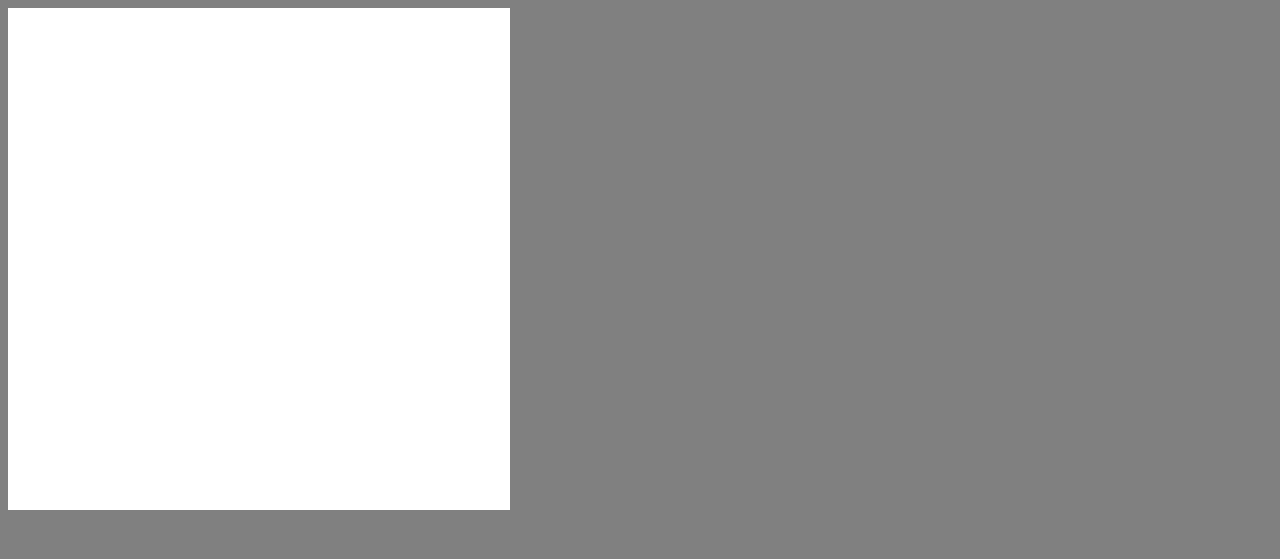
Repository: albinsabu2023/Stopwatch-program
Page: index.html
An editor plug-in stored every save of this project. The page is shown before and after the next save, followed by the edit.
The browser window is 1280 px wide. The pictures show the whole page.

Above is the page before, as saved 2023-03-03 20:28:13.

After the next save:
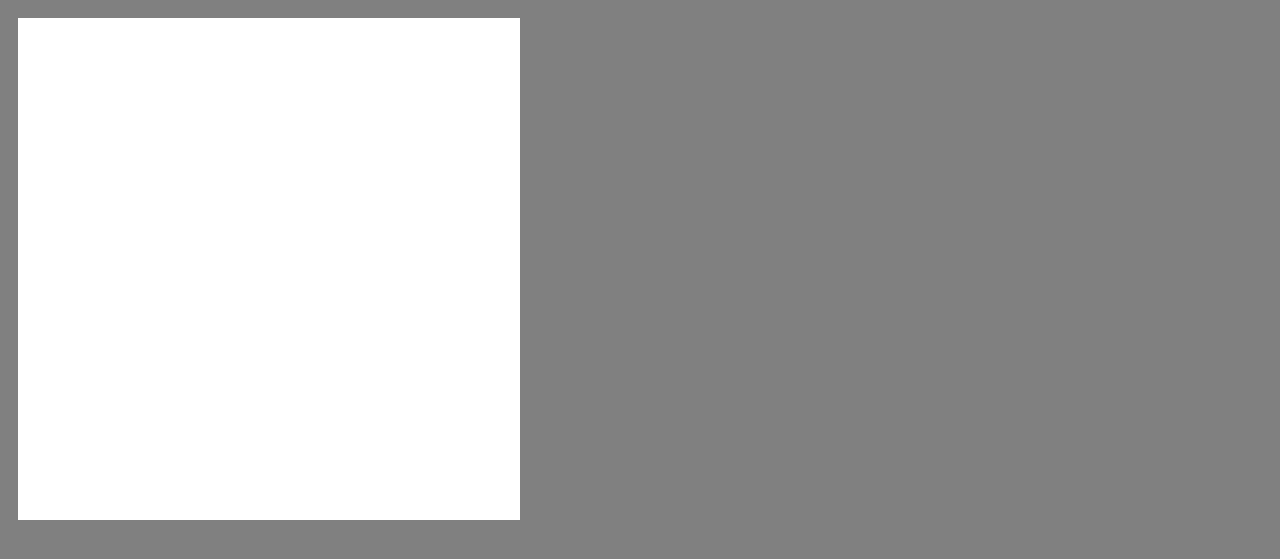
Saved 16 s later.
--- a/style.css
+++ b/style.css
@@ -4,10 +4,8 @@
 }
 
 #canvas{
-    display: flex;
-    align-items: center;
-    justify-content: center;
     border:1px solid;
     background-color: white;
+    margin: 10px;
 
 }
